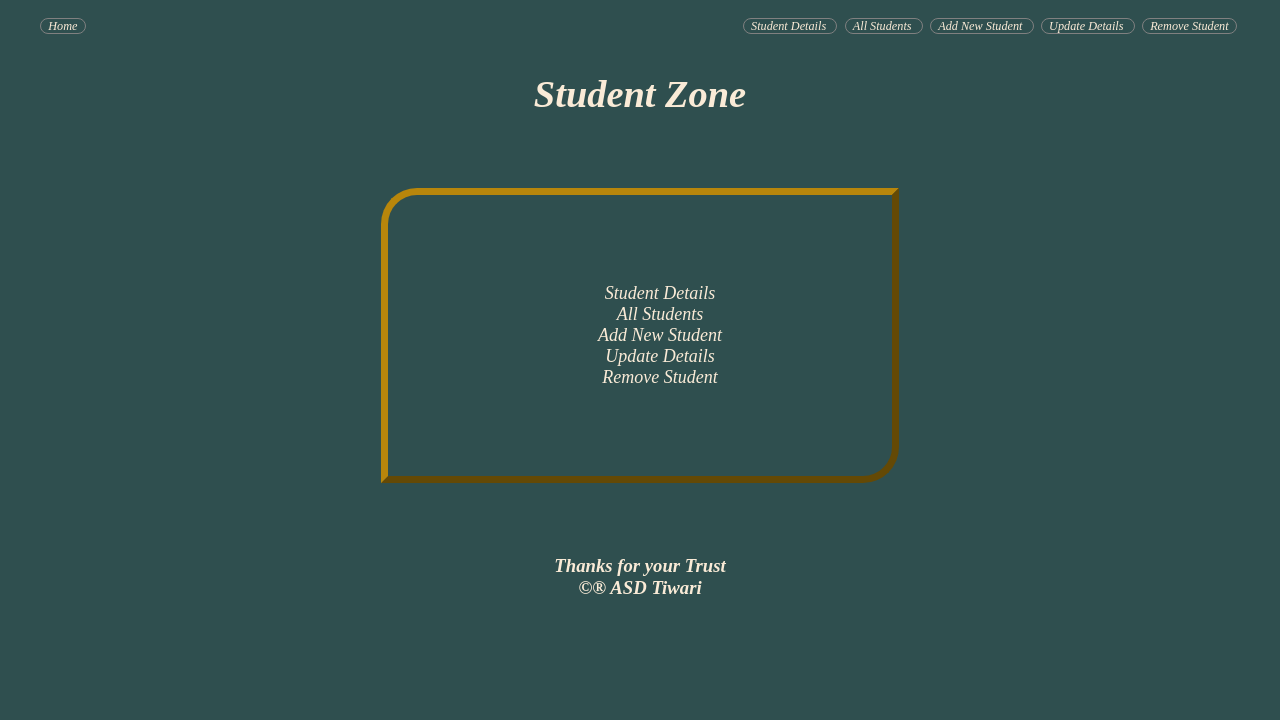
Repository: asdtiwari/Practice
Page: http://localhost/index
These files come from the project's save history. The page is drawn as it stood at one moment and after the next save; the edit follows.
The browser window is 1280 px wide. The pictures show the whole page.
The page is this project's Thymeleaf template; nobody is signed in. The template is opened directly, without the code that normally fills it, so the values that code supplies are empty.

Above is the page before, as saved 2023-11-17 12:15:00.

### DiwaliProjectSTS/studentZone/src/main/resources/templates/index.html
<!DOCTYPE html>
<html lang="en">
    <head>
        <meta charset="UTF-8">
        <meta name="viewport" content="width-device-width, initial-scale=1.0">

        <title>Home: Student Zone</title>

        <style>
            .body{
                background-color: darkslategrey;
                color: antiquewhite;
                font-family: cursive;
                font-style: oblique;
            }

            .a{
                text-decoration: none;
                color: antiquewhite;
            }

            .nav{
                position: fixed;
                top: 0vh;
                right: 5vh;
                text-align: right;
            }

            .home{
                position: fixed;
                top: 0vh;
                text-align: left;
                left: 0vh;
            }

            .nav_li{
                display: inline;
                border: solid 0.1vh grey;
                border-radius: 5vh;
                margin-right: 1vh;
                padding-left: 1vh;
                padding-right: 1vh;
                padding-top: 0vh;
                font-size: 1.7vh;
            }

            .nav_li:hover{
                background-color: darkgoldenrod;
                border: solid 0.5vh whitesmoke;
                font-size: 110%
            }

            .nav_a:hover{
                color: black;
            }

            .header{
                margin-top: 10vh;
            }

            .header:hover{
                color: darkgoldenrod;
            }

            .form{
                border: outset 1vh darkgoldenrod;
                border-top-left-radius: 5vh;
                border-bottom-right-radius: 5vh;
                width: 50vh;
                margin-top: 10vh;
                margin-bottom: 10vh;
                padding: 10vh;
            }

            .form:hover{
                border-style: inset;
            }

            .ul{
                list-style-type: none;
            }

            .menu{
                font-size: large;
			}

            .menu:hover{
                border: solid 0.4vh whitesmoke;
                border-radius: 5vh;
                background-color: darkgoldenrod;
                width: 50%;
                padding-left: 5vh;
                padding-right: 5vh;
            }

            .footer{
                bottom: 0px;
                width: 100%;
                text-align: center;
            }

            .footer:hover{
                color: darkgoldenrod;
            }
        </style>
    </head>

    <body class="body">
        <ul class="home">
            <li class="nav_li"> <a class="nav_a a" href="/student/index" method="get"> Home </a> </li>
        </ul>

        <ul class="nav">
			<li class="nav_li"> <a class="nav_a a" href="/student/viewInfo" method="get" > Student Details </a> </li>
			<li class="nav_li"> <a class="nav_a a" href="/student/showAllInfo" method="get"> All Students </a> </li>
			<li class="nav_li"> <a class="nav_a a" href="/student/register" method="get"> Add New Student </a> </li>
			<li class="nav_li"> <a class="nav_a a" href="/student/update" method="get"> Update Details </a> </li>
			<li class="nav_li"> <a class="nav_a a" href="/student/remove" method="get"> Remove Student </a> </li>
		</ul>

        <center> <big> <h1 class="header"> Student Zone </h1> </big> </center>

        <center>
            <form class="form">
                <ul class="ul">
                    <li> <a class="menu a" href="/student/viewInfo" method="get"> Student Details </a> </li>
                    <li> <a class="menu a" href="/student/showAllInfo" method="get"> All Students </a> </li>
                    <li> <a class="menu a" href="/student/register" method="get"> Add New Student </a> </li>
                    <li> <a class="menu a" href="/student/update" method="get"> Update Details </a> </li>
                    <li> <a class="menu a" href="/student/remove" method="get"> Remove Student </a> </li>
                </ul>
            </form>
        </center>

        <h3 class = "footer"> Thanks for your Trust <br> <a class="a nav_a" href="https://in.linkedin.com/in/asdtiwari/"> ©® ASD Tiwari </a> </h3>
    </body>
</html>

After the next save:
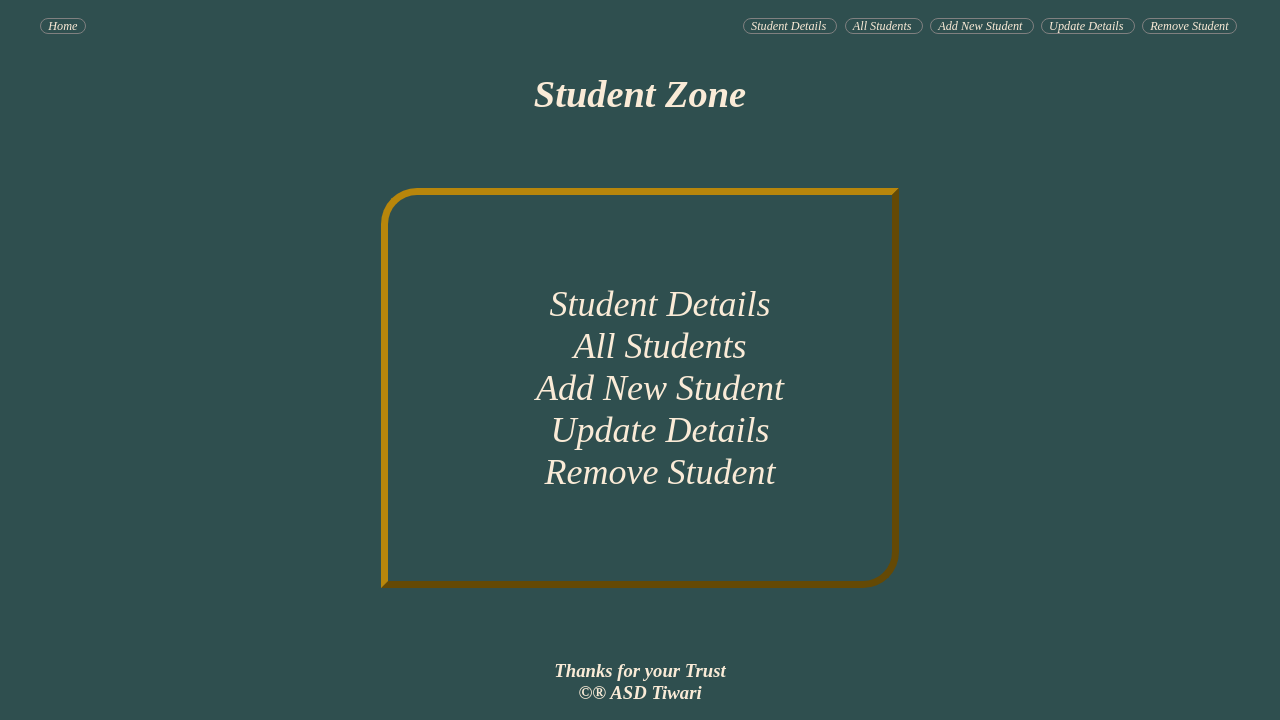
Saved 13 s later.
--- a/DiwaliProjectSTS/studentZone/src/main/resources/templates/index.html
+++ b/DiwaliProjectSTS/studentZone/src/main/resources/templates/index.html
@@ -81,7 +81,7 @@
             }
 
             .menu{
-                font-size: large;
+                font-size: 5vh;
 			}
 
             .menu:hover{
